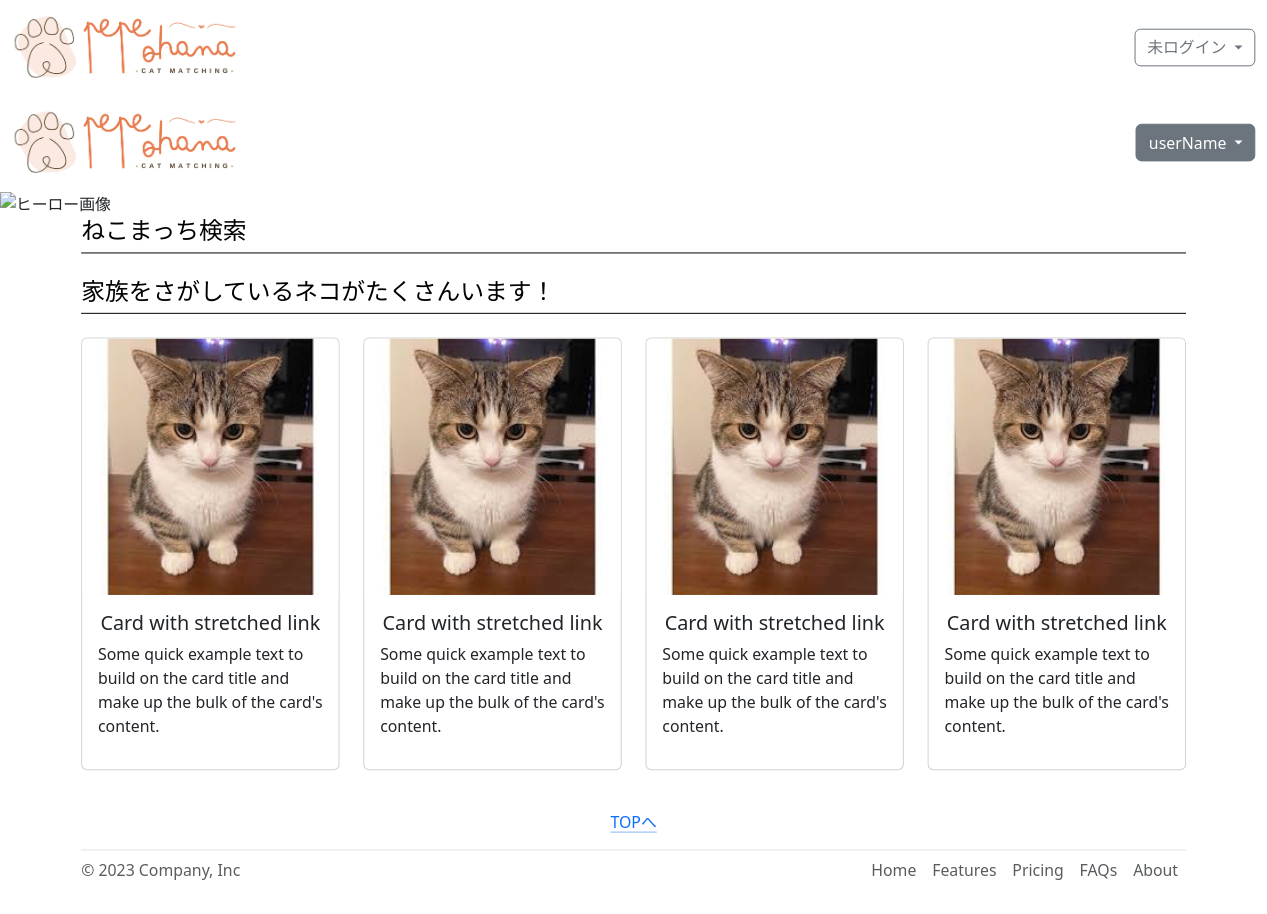
Repository: sakuwell/pepe
Page: http://localhost/PepeOhana/top.jsp
These files come from the project's save history. The page is drawn as it stood at one moment and after the next save; the edit follows.
The browser window is 1280 px wide. The pictures show the whole page, at 99% of full size.
The page is served by Tomcat 9. Other server files are loaded and not shown.

Above is the page before, as saved 2023-09-05 02:29:14.

### ExWorkSpace/PepeOhana/src/main/webapp/top.jsp
<%@ page language="java" contentType="text/html; charset=UTF-8"
    pageEncoding="UTF-8"%>
<!DOCTYPE html>
<html lang="ja">
<head>
    <meta charset="UTF-8">
    <meta name="viewport" content="width=device-width, initial-scale=1.0">
    <!-- Bootstrap CSS -->
    <link href="https://cdn.jsdelivr.net/npm/bootstrap@5.3.0/dist/css/bootstrap.min.css" rel="stylesheet" integrity="sha384-9ndCyUaIbzAi2FUVXJi0CjmCapSmO7SnpJef0486qhLnuZ2cdeRhO02iuK6FUUVM" crossorigin="anonymous">
    <script src="https://cdn.jsdelivr.net/npm/bootstrap@5.3.0/dist/js/bootstrap.bundle.min.js" integrity="sha384-geWF76RCwLtnZ8qwWowPQNguL3RmwHVBC9FhGdlKrxdiJJigb/j/68SIy3Te4Bkz" crossorigin="anonymous"></script>
    <title>Top | nekomatch</title>
</head>
<body>
     <nav class="navbar navbar-expand-lg navbar-light bg-white">
        <div class="container-fluid">
          <a class="navbar-brand" href="#">
            <img src="images/pepe_ohana_logo.png" alt="ページロゴ" width="auto" height="70">
          </a>
          <div class="dropdown">
            <button class="btn btn btn-outline-secondary dropdown-toggle" type="button" id="dropdownMenuButton1" data-bs-toggle="dropdown" aria-expanded="false">
              未ログイン
            </button>
            <ul class="dropdown-menu" aria-labelledby="dropdownMenuButton1">
              <li><a class="dropdown-item" href="#">ログイン</a></li>
              <li><a class="dropdown-item" href="#">新規ユーザー登録</a></li>
            </ul>
          </div>
        </div>
    </nav>
    <!-- 未ログインヘッダーここまで -->
     <!-- ログイン済ヘッダー -->
    <nav class="navbar navbar-expand-lg navbar-light bg-white">
        <div class="container-fluid">
          <a class="navbar-brand" href="#">
            <img src="images/pepe_ohana_logo.png" alt="ページロゴ" width="auto" height="70">
          </a>
          <div class="dropdown">
            <button class="btn btn-secondary dropdown-toggle" type="button" id="dropdownMenuButton1" data-bs-toggle="dropdown" aria-expanded="false">
              userName
            </button>
            <ul class="dropdown-menu" aria-labelledby="dropdownMenuButton1">
              <li><a class="dropdown-item" href="#">マイページ</a></li>
              <li><a class="dropdown-item" href="#">ログアウト</a></li>
            </ul>
          </div>
        </div>
    </nav>
    <!-- ログイン済ヘッダーここまで -->

    <!-- ヒーロー画像 -->
    <img src="#" class="img-fluid" alt="ヒーロー画像">

    <!-- ここから下　ページごとの内容 -->
    <div>
        <!-- 検索フォームゾーン -->
        <div class="container">
            <div class="h4 pb-2 mb-4 text-black border-bottom border-black">
                ねこまっち検索
            </div>
        </div>

        <!-- 里親募集ゾーン -->
        <div class="container">
            <div class="h4 pb-2 mb-4 text-black border-bottom border-black">
                家族をさがしているネコがたくさんいます！
            </div>
            <!-- 猫カード -->
            <div class="row">
                <!-- カードのコンテンツ -->
                <div class="col-6 col-md-4 col-lg-3">
                    <div class="card mb-3">
                        <img src="images/ねこ_1.jpg" class="card-img-top" alt="猫画像">
                        <div class="card-body">
                            <h5 class="card-title text-center">Card with stretched link</h5>
                            <p class="card-text text-right">Some quick example text to build on the card title and make up the bulk of the card's content.</p>
                            <div class="d-flex justify-content-center">
                                <a href="#" class="stretched-link"></a>
                            </div>
                        </div>
                    </div>
                </div>
                <!-- カードのコンテンツ -->
                <div class="col-6 col-md-4 col-lg-3">
                    <div class="card mb-3">
                        <img src="images/ねこ_1.jpg" class="card-img-top" alt="猫画像">
                        <div class="card-body">
                            <h5 class="card-title text-center">Card with stretched link</h5>
                            <p class="card-text text-right">Some quick example text to build on the card title and make up the bulk of the card's content.</p>
                            <div class="d-flex justify-content-center">
                                <a href="#" class="stretched-link"></a>
                            </div>
                        </div>
                    </div>
                </div>
                <!-- カードのコンテンツ -->
                <div class="col-6 col-md-4 col-lg-3">
                    <div class="card mb-3">
                        <img src="images/ねこ_1.jpg" class="card-img-top" alt="猫画像">
                        <div class="card-body">
                            <h5 class="card-title text-center">Card with stretched link</h5>
                            <p class="card-text text-right">Some quick example text to build on the card title and make up the bulk of the card's content.</p>
                            <div class="d-flex justify-content-center">
                                <a href="#" class="stretched-link"></a>
                            </div>
                        </div>
                    </div>
                </div>
                <!-- カードのコンテンツ -->
                <div class="col-6 col-md-4 col-lg-3">
                    <div class="card mb-3">
                        <img src="images/ねこ_1.jpg" class="card-img-top" alt="猫画像" style="width:100%">
                        <div class="card-body">
                            <h5 class="card-title text-center">Card with stretched link</h5>
                            <p class="card-text text-right">Some quick example text to build on the card title and make up the bulk of the card's content.</p>
                            <div class="d-flex justify-content-center">
                                <a href="#" class="stretched-link"></a>
                            </div>
                        </div>
                    </div>
                </div>
            </div>
        </div>
    </div>
    <!-- ここまで　ページごとの内容 -->

    <!-- フッター -->
    <div class="text-center mt-4">
        <a class="icon-link icon-link-hover" href="#">
            TOPへ
        </a>
    </div>
    <div class="container">
        <footer class="mt-3 d-flex flex-wrap justify-content-between align-items-center my-4 border-top">
          <p class="col-md-4 mb-0 text-body-secondary">© 2023 Company, Inc</p>
          <a href="#" class="col-md-4 d-flex align-items-center justify-content-center mb-3 mb-md-0 me-md-auto link-body-emphasis text-decoration-none">
            <svg class="bi me-2" width="40" height="32"><use xlink:href="#bootstrap"></use></svg>
          </a>

          <ul class="nav col-md-4 justify-content-end">
            <li class="nav-item"><a href="#" class="nav-link px-2 text-body-secondary">Home</a></li>
            <li class="nav-item"><a href="#" class="nav-link px-2 text-body-secondary">Features</a></li>
            <li class="nav-item"><a href="#" class="nav-link px-2 text-body-secondary">Pricing</a></li>
            <li class="nav-item"><a href="#" class="nav-link px-2 text-body-secondary">FAQs</a></li>
            <li class="nav-item"><a href="#" class="nav-link px-2 text-body-secondary">About</a></li>
          </ul>
        </footer>
    </div>
    <!-- フッター　ここまで -->

</body>
</html>

After the next save:
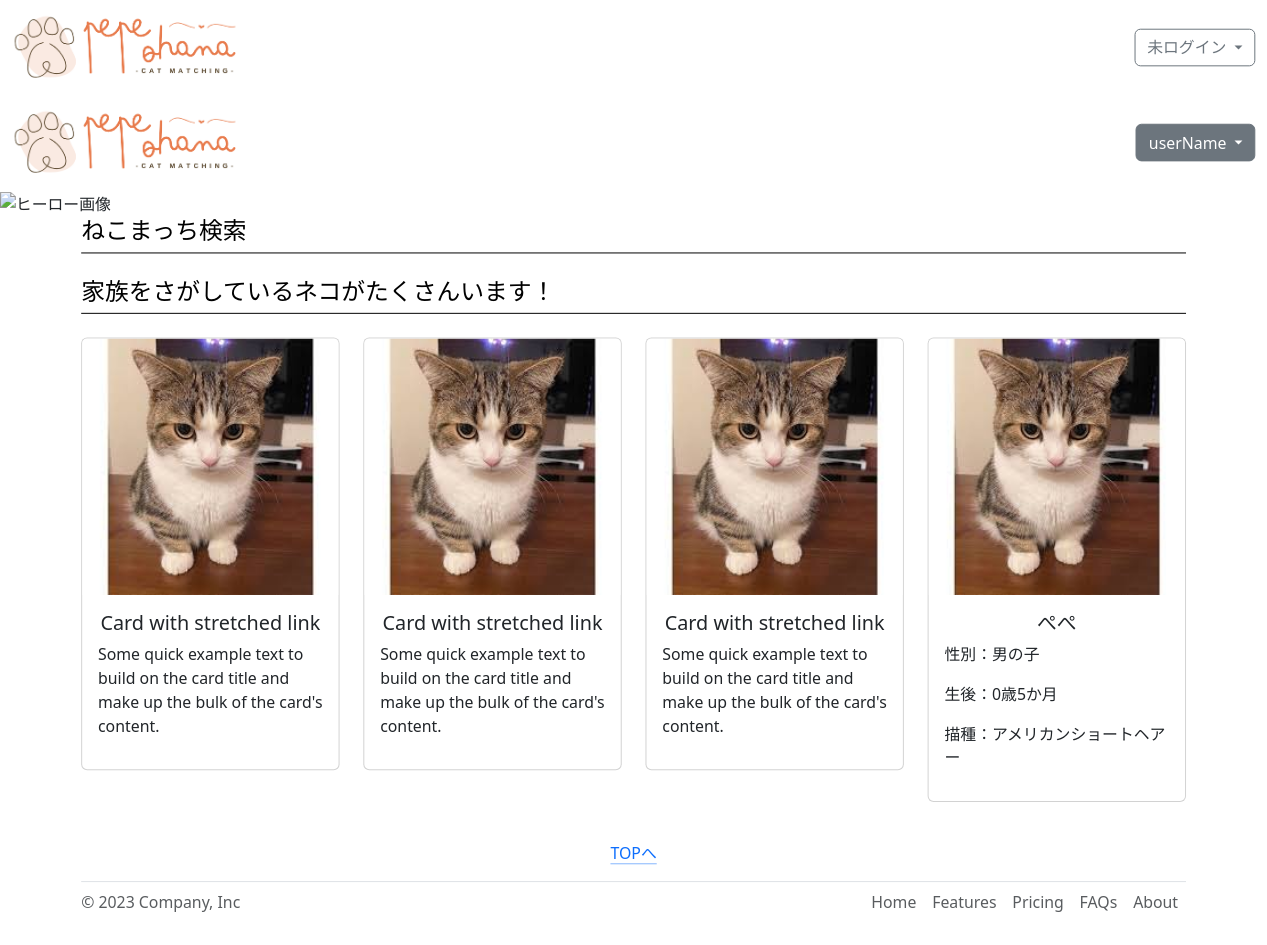
Saved 5 min 43 s later.
--- a/ExWorkSpace/PepeOhana/src/main/webapp/top.jsp
+++ b/ExWorkSpace/PepeOhana/src/main/webapp/top.jsp
@@ -110,8 +110,10 @@
                     <div class="card mb-3">
                         <img src="images/ねこ_1.jpg" class="card-img-top" alt="猫画像" style="width:100%">
                         <div class="card-body">
-                            <h5 class="card-title text-center">Card with stretched link</h5>
-                            <p class="card-text text-right">Some quick example text to build on the card title and make up the bulk of the card's content.</p>
+                            <h5 class="card-title text-center">ぺぺ</h5>
+                            <p class="card-text text-right">性別：男の子</p>
+                            <p class="card-text text-right">生後：0歳5か月</p>
+                            <p class="card-text text-right">描種：アメリカンショートヘアー</p>
                             <div class="d-flex justify-content-center">
                                 <a href="#" class="stretched-link"></a>
                             </div>
